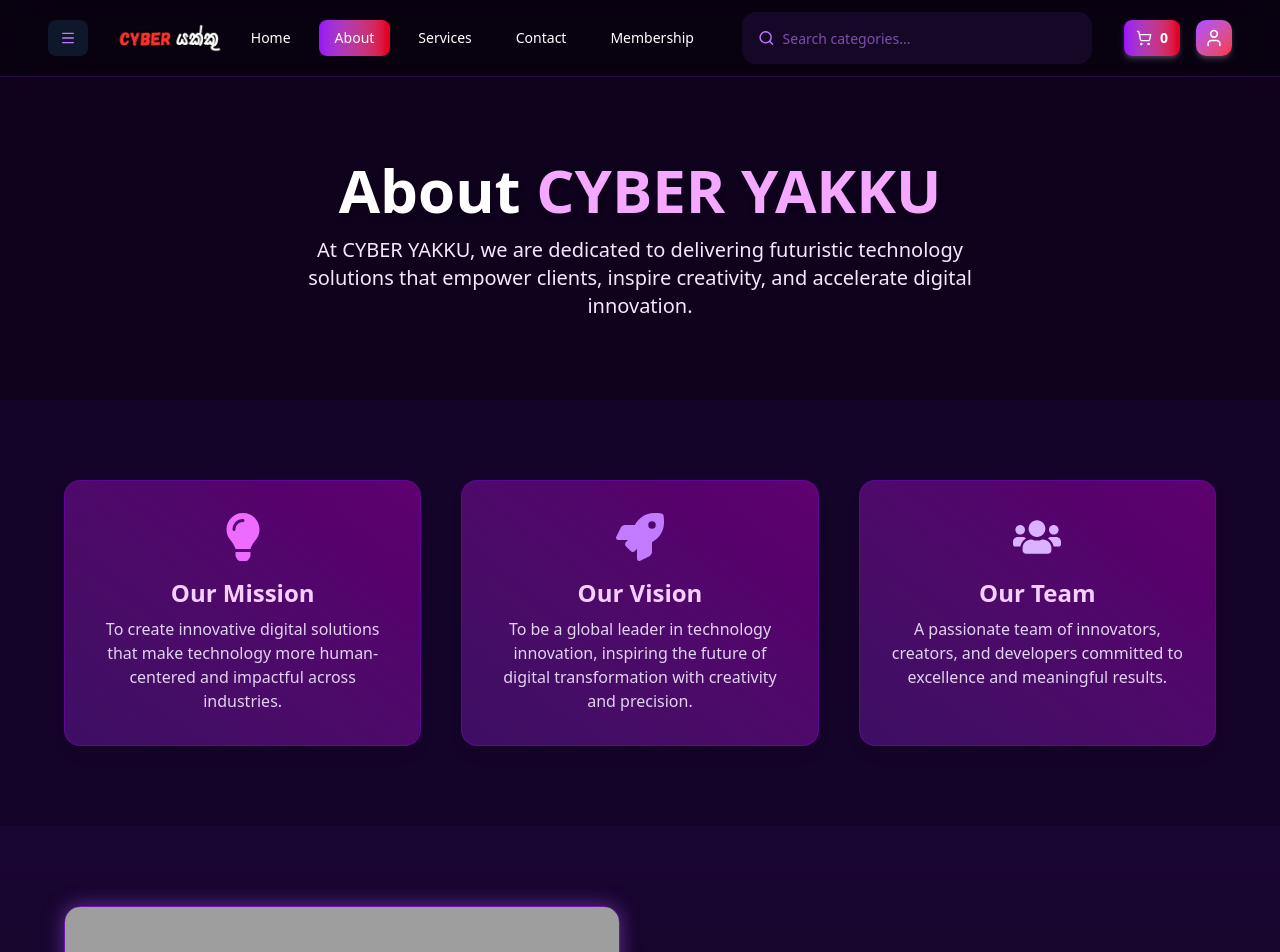
Repository: chamodya-hirusha/mta_sa_cyber_yakku_web
Page: /about
These files come from the project's save history. The page is drawn as it stood at one moment and after a run of saves; the edit follows.
The browser window is 1280 px wide. The pictures show the part of the page from y = 0 to 952 px (the page is 2119 px tall).
Pictures or frames that could not be fetched are drawn as grey boxes. The project was rebuilt for these pictures with package versions that can differ from the ones it lists, and the page was loaded fresh each time. The framework's server and built-in components were replaced by stand-ins that run in the browser. Also part of the build but not shown: next.config.mjs, components/user/UserProfileSection.jsx, components/navigation/NavigationLinks.jsx, components/ui/dialog.jsx, components/LoginPopup.jsx. Imported but missing from the stored project, and not drawn on this page: components/AdditionalMenu, components/SideNavHeader.

Above is the page before, as saved 2025-10-19 13:30:12.

### components/SideNav.jsx
"use client";

import { useState, useEffect } from "react";
import { usePathname } from "next/navigation";
import Link from "next/link";
import { Sheet, SheetContent, SheetTitle } from "@/components/ui/sheet";
import SideNavHeader from "./SideNavHeader";
import UserProfileSection from "./UserProfileSection";
import NavigationLinks from "./NavigationLinks";
import AdditionalMenu from "./AdditionalMenu";
import LoginPopup from "./LoginPopup";

const links = [
  {
    name: "Home",
     path: "/",
     icon: "🛍️"
    },
  {
    name: "skins",
    path: "/skins",
    icon: "👕"
  },
  {
    name: "vehicles",
    path: "/vehicles",
    icon: "🏎️"
  },
  {
    name: "currency",
    path: "/currency",
    icon: "💵"
  },
];

const headerLinks = [
  {
    name: "home",
    path: "/"
  },
  {
    name: "about",
    path: "/about"
  },
  {
    name: "services",
    path: "/services"
  },
  {
    name: "contact",
    path: "/contact"
  },
  {
    name: "membership",
    path: "/membership"
  }
];

export default function SideNav({ isLoggedIn, setIsLoggedIn, sidenavOpen, setShowSidenav, activeTab, setActiveTab }) {
  const pathname = usePathname();
  const [loginPopupOpen, setLoginPopupOpen] = useState(false);
  const [user, setUser] = useState(null);
  const [headerDropdownOpen, setHeaderDropdownOpen] = useState(false);

  useEffect(() => {
    if (!sidenavOpen) {
      setLoginPopupOpen(false);
    }
  }, [sidenavOpen]);

  const handleSheetOpenChange = (nextOpen) => {
    if (!nextOpen && loginPopupOpen) {

      return;
    }
    setShowSidenav(nextOpen);
  };

  return (
    <Sheet open={sidenavOpen} onOpenChange={handleSheetOpenChange}>
      <SheetContent
        side="left"
        className="w-[200px] sm:w-[320px] bg-slate-900/80 backdrop-blur-xl border-r border-purple-500/20 p-0"
      >
        <SheetTitle className="sr-only"></SheetTitle>
        <SideNavHeader />
        <UserProfileSection isLoggedIn={isLoggedIn} user={user} />
        <NavigationLinks
          items={links}
          activeTab={activeTab}
          setActiveTab={setActiveTab}
          setShowSidenav={setShowSidenav}
        />
        <div className="px-6 py-2">
          <button
            onClick={() => setHeaderDropdownOpen(!headerDropdownOpen)}
            className="flex items-center gap-3 px-4 py-3 rounded-lg transition-all duration-300 w-full text-left text-purple-300 hover:bg-purple-900/40"
          >
            <span className="text-lg">📄</span>
            <span className="capitalize text-lg font-medium ml-2">Header Nav</span>
            <span className="ml-auto">{headerDropdownOpen ? '▼' : '▶'}</span>
          </button>
          {headerDropdownOpen && (
            <div className="ml-6 mt-2 space-y-1">
              {headerLinks.map((link, index) => {
                const isActive = link.path === pathname;
                return (
                  <Link
                    key={index}
                    href={link.path}
                    onClick={() => {
                      setShowSidenav(false);
                    }}
                    className={`block px-4 py-2 rounded-lg transition-all duration-300 ${
                      isActive
                        ? "bg-gradient-to-r from-purple-500 to-red-500 text-white"
                        : "text-purple-300 hover:bg-purple-900/40"
                    }`}
                  >
                    {link.name}
                  </Link>
                );
              })}
            </div>
          )}
        </div>
        <AdditionalMenu
          isLoggedIn={isLoggedIn}
          setIsLoggedIn={setIsLoggedIn}
          setLoginPopupOpen={setLoginPopupOpen}
          setUser={setUser}
        />
        <LoginPopup
          isOpen={loginPopupOpen}
          onClose={() => setLoginPopupOpen(false)}
          onLogin={(userData) => {
            setUser(userData);
            setIsLoggedIn(true);
            setLoginPopupOpen(false);
            setShowSidenav(false);
          }}
        />
      </SheetContent>
    </Sheet>
  );
}

### components/ui/sheet.jsx
"use client"

import * as React from "react"
import * as SheetPrimitive from "@radix-ui/react-dialog"
import { XIcon } from "lucide-react"

import { cn } from "@/lib/utils"

function Sheet({
  ...props
}) {
  return <SheetPrimitive.Root data-slot="sheet" {...props} />;
}

function SheetTrigger({
  ...props
}) {
  return <SheetPrimitive.Trigger data-slot="sheet-trigger" {...props} />;
}

function SheetClose({
  ...props
}) {
  return <SheetPrimitive.Close data-slot="sheet-close" {...props} />;
}

function SheetPortal({
  ...props
}) {
  return <SheetPrimitive.Portal data-slot="sheet-portal" {...props} />;
}

function SheetOverlay({
  className,
  ...props
}) {
  return (
    <SheetPrimitive.Overlay
      data-slot="sheet-overlay"
      className={cn(
        "data-[state=open]:animate-in data-[state=closed]:animate-out data-[state=closed]:fade-out-0 data-[state=open]:fade-in-0 fixed inset-0 z-50 bg-black/50",
        className
      )}
      {...props} />
  );
}

function SheetContent({
  className,
  children,
  side = "right",
  ...props
}) {
  return (
    <SheetPortal>
      <SheetOverlay />
      <SheetPrimitive.Content
        data-slot="sheet-content"
        className={cn(
          "bg-background data-[state=open]:animate-in data-[state=closed]:animate-out fixed z-50 flex flex-col gap-4 shadow-lg transition ease-in-out data-[state=closed]:duration-300 data-[state=open]:duration-500",
          side === "right" &&
            "data-[state=closed]:slide-out-to-right data-[state=open]:slide-in-from-right inset-y-0 right-0 h-full w-3/4 border-l sm:max-w-sm",
          side === "left" &&
            "data-[state=closed]:slide-out-to-left data-[state=open]:slide-in-from-left inset-y-0 left-0 h-full w-3/4 border-r sm:max-w-sm",
          side === "top" &&
            "data-[state=closed]:slide-out-to-top data-[state=open]:slide-in-from-top inset-x-0 top-0 h-auto border-b",
          side === "bottom" &&
            "data-[state=closed]:slide-out-to-bottom data-[state=open]:slide-in-from-bottom inset-x-0 bottom-0 h-auto border-t",
          className
        )}
        {...props}>
        {children}
        <SheetPrimitive.Close
          className="ring-offset-background focus:ring-ring data-[state=open]:bg-secondary absolute top-4 right-4 rounded-xs opacity-70 transition-opacity hover:opacity-100 focus:ring-2 focus:ring-offset-2 focus:outline-hidden disabled:pointer-events-none">
          <XIcon className="size-4" />
          <span className="sr-only">Close</span>
        </SheetPrimitive.Close>
      </SheetPrimitive.Content>
    </SheetPortal>
  );
}

function SheetHeader({
  className,
  ...props
}) {
  return (
    <div
      data-slot="sheet-header"
      className={cn("flex flex-col gap-1.5 p-4", className)}
      {...props} />
  );
}

function SheetFooter({
  className,
  ...props
}) {
  return (
    <div
      data-slot="sheet-footer"
      className={cn("mt-auto flex flex-col gap-2 p-4", className)}
      {...props} />
  );
}

function SheetTitle({
  className,
  ...props
}) {
  return (
    <SheetPrimitive.Title
      data-slot="sheet-title"
      className={cn("text-foreground font-semibold", className)}
      {...props} />
  );
}

function SheetDescription({
  className,
  ...props
}) {
  return (
    <SheetPrimitive.Description
      data-slot="sheet-description"
      className={cn("text-muted-foreground text-sm", className)}
      {...props} />
  );
}

export {
  Sheet,
  SheetTrigger,
  SheetClose,
  SheetContent,
  SheetHeader,
  SheetFooter,
  SheetTitle,
  SheetDescription,
}

### components/ui/button.jsx
import * as React from "react"
import { Slot } from "@radix-ui/react-slot"
import { cva } from "class-variance-authority";

import { cn } from "@/lib/utils"

const buttonVariants = cva(
  "inline-flex items-center justify-center gap-2 whitespace-nowrap rounded-md text-sm font-medium transition-all disabled:pointer-events-none disabled:opacity-50 [&_svg]:pointer-events-none [&_svg:not([class*='size-'])]:size-4 shrink-0 [&_svg]:shrink-0 outline-none focus-visible:border-ring focus-visible:ring-ring/50 focus-visible:ring-[3px] aria-invalid:ring-destructive/20 dark:aria-invalid:ring-destructive/40 aria-invalid:border-destructive",
  {
    variants: {
      variant: {
        default: "bg-primary text-primary-foreground hover:bg-primary/90",
        destructive:
          "bg-destructive text-white hover:bg-destructive/90 focus-visible:ring-destructive/20 dark:focus-visible:ring-destructive/40 dark:bg-destructive/60",
        outline:
          "border bg-background shadow-xs hover:bg-accent hover:text-accent-foreground dark:bg-input/30 dark:border-input dark:hover:bg-input/50",
        secondary:
          "bg-secondary text-secondary-foreground hover:bg-secondary/80",
        ghost:
          "hover:bg-accent hover:text-accent-foreground dark:hover:bg-accent/50",
        link: "text-primary underline-offset-4 hover:underline",
      },
      size: {
        default: "h-9 px-4 py-2 has-[>svg]:px-3",
        sm: "h-8 rounded-md gap-1.5 px-3 has-[>svg]:px-2.5",
        lg: "h-10 rounded-md px-6 has-[>svg]:px-4",
        icon: "size-9",
        "icon-sm": "size-8",
        "icon-lg": "size-10",
      },
    },
    defaultVariants: {
      variant: "default",
      size: "default",
    },
  }
)

function Button({
  className,
  variant,
  size,
  asChild = false,
  children,
  ...props
}) {
  const Comp = asChild ? Slot : "button"
return (
  <Comp
    data-slot="button"
    className={cn(buttonVariants({ variant, size, className }))}
    {...props}>
    {children}
  </Comp>
);
}

export { Button, buttonVariants }

### components/HeaderNav.jsx
"use client"
import Link from "next/link";
import { usePathname } from "next/navigation";
import { Button } from "./ui/button";

const links = [
    {
        name: "home",
        path: "/"
    },
    {
        name: "about",
        path: "/about"
    },
    {
        name: "services",
        path: "/services"
    },
    {
        name: "contact",
        path: "/contact"
    },
    {
        name: "membership",
        path: "/membership"
    }
];

const Nav = () => {
    const pathname = usePathname();
    console.log(pathname);

    return (
        <nav className="flex gap-3">
            {links.map((link, index) => {
                const isActive = link.path === pathname;
                const isHomeActive = isActive && link.path === "/";

                return (
                    <Button
                        key={index}
                        asChild
                        variant={isActive ? "default" : "ghost"}
                        className={
                            isHomeActive
                                ? "bg-gradient-to-r from-purple-400 md:hidden to-amber-600 text-black hover:from-amber-500 hover:to-amber-700"
                                : isActive
                                ? "bg-gradient-to-r from-purple-600 to-red-600 text-white"
                                : "text-white hover:text-purple300 hover:bg-purple-900/30"
                        }
                        aria-current={isActive ? "page" : undefined}
                    >
                        <Link href={link.path} className="capitalize">
                            {link.name}
                        </Link>
                    </Button>
                );
            })}
        </nav>
    );
};

export default Nav;

### components/common/SearchBar.jsx
"use client";

import * as React from "react";
import { Input } from "@/components/ui/input";
import { Search } from "lucide-react";
import { cn } from "@/lib/utils"; // shadcn cn utility (classNames merge)
export default function SearchBar({
  value = "",
  onChange,
  placeholder = "Search categories...",
  width = "350px",
  className,
  ...props
}) {
  const rootStyle =
    typeof width === "string" && width.startsWith("w-")
      ? width
      : undefined;

  return (
    <div
      className={cn(
        "flex items-center gap-2 rounded-xl px-4 py-2 shadow-inner transition-all duration-300 focus-within:shadow-[0_0_12px_rgba(168,85,247,0.5)]",
        "bg-muted/70 text-muted-foreground",
        "bg-[#1a0b2e]/80",
        "shadow-purple-700/30",
        rootStyle,
        className
      )}
      style={
        !rootStyle
          ?
            { width: typeof width === "number" ? `${width}px` : width }
          : undefined
      }
    >
      <Search className="text-purple-400" size={18} />
      <Input
        type="text"
        placeholder={placeholder}
        className="bg-transparent border-0 text-white placeholder:text-purple-400/60 focus:ring-0 focus-visible:ring-0 w-full p-0"
        value={value}
        onChange={onChange}
        {...props}
      />
    </div>
  );
}

### components/ui/input.jsx
import * as React from "react"
import { cn } from "@/lib/utils"

function Input({ className, type, value, onChange, ...props }) {
  return (
    <input
      type={type}
      onChange={onChange}
      data-slot="input"
      className={cn(
        "file:text-foreground placeholder:text-muted-foreground selection:bg-primary selection:text-primary-foreground dark:bg-input/30 border-input h-9 w-full min-w-0 rounded-md border bg-transparent px-3 py-1 text-base shadow-xs transition-[color,box-shadow] outline-none file:inline-flex file:h-7 file:border-0 file:bg-transparent file:text-sm file:font-medium disabled:pointer-events-none disabled:cursor-not-allowed disabled:opacity-50 md:text-sm",
        "focus-visible:border-ring focus-visible:ring-ring/50 focus-visible:ring-[3px]",
        "aria-invalid:ring-destructive/20 dark:aria-invalid:ring-destructive/40 aria-invalid:border-destructive",
        className
      )}
      {...props}
    />
  );
}

export { Input }

Loaded but not shown: app/layout.jsx (common file); lib/utils.js (library); app/globals.css (265 lines, source omitted); app/about/page.jsx (168 lines, source omitted); components/HeaderBar.jsx (171 lines, source omitted)

After the next 3 saves:
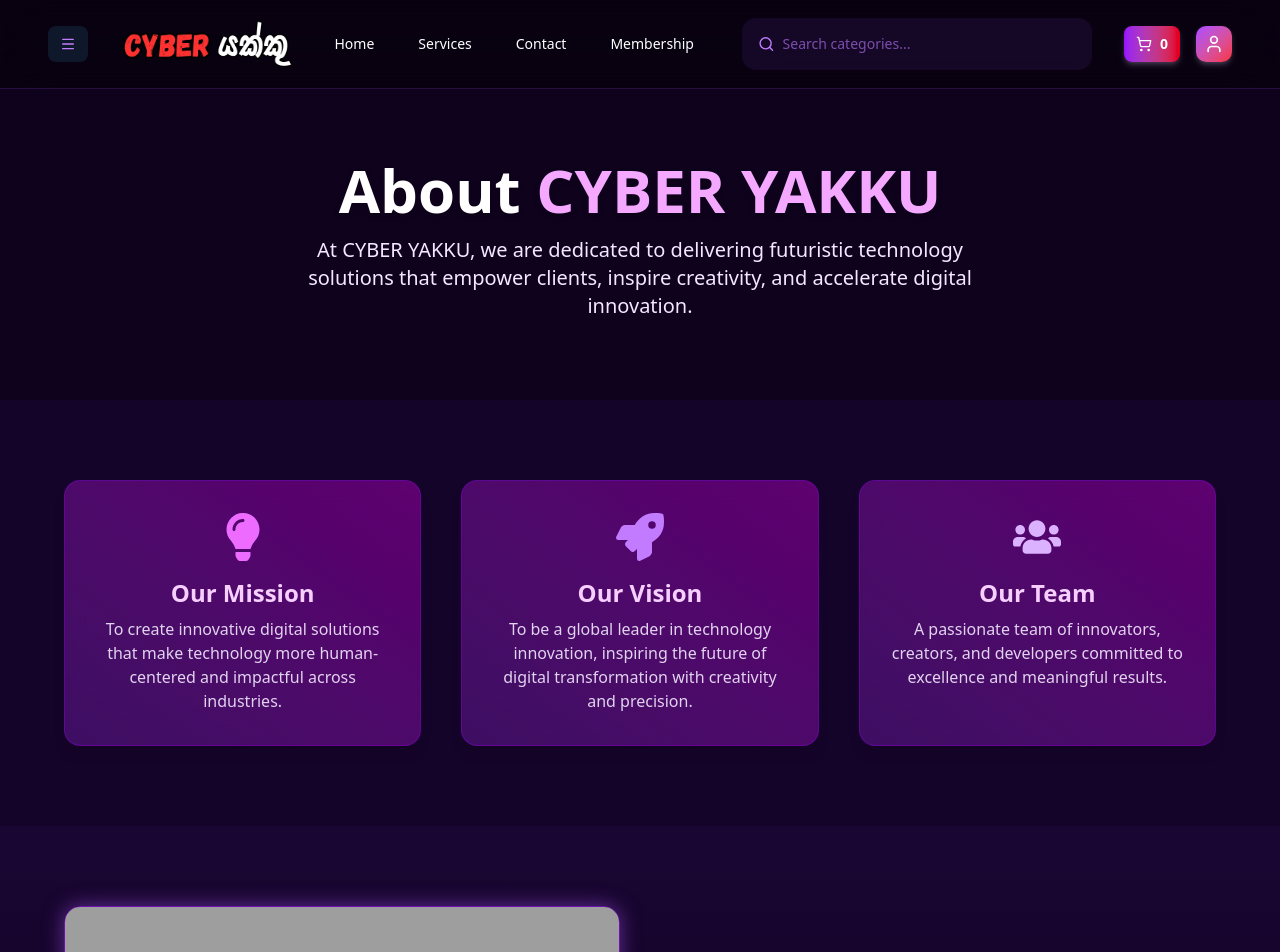
The 3 saves are shown as one change because they came seconds apart.
The last was saved 38 s later.
--- a/components/HeaderNav.jsx
+++ b/components/HeaderNav.jsx
@@ -43,9 +43,9 @@
                         variant={isActive ? "default" : "ghost"}
                         className={
                             isHomeActive
-                                ? "bg-gradient-to-r from-purple-400 md:hidden to-amber-600 text-black hover:from-amber-500 hover:to-amber-700"
+                                ? "bg-gradient-to-r from-purple-400  to-amber-600 text-black hover:from-amber-500 hover:to-amber-700"
                                 : isActive
-                                ? "bg-gradient-to-r from-purple-600 to-red-600 text-white"
+                                ? "bg-gradient-to-r from-purple-600 md:hidden to-red-600 text-white"
                                 : "text-white hover:text-purple300 hover:bg-purple-900/30"
                         }
                         aria-current={isActive ? "page" : undefined}

After the 2 saves that followed:
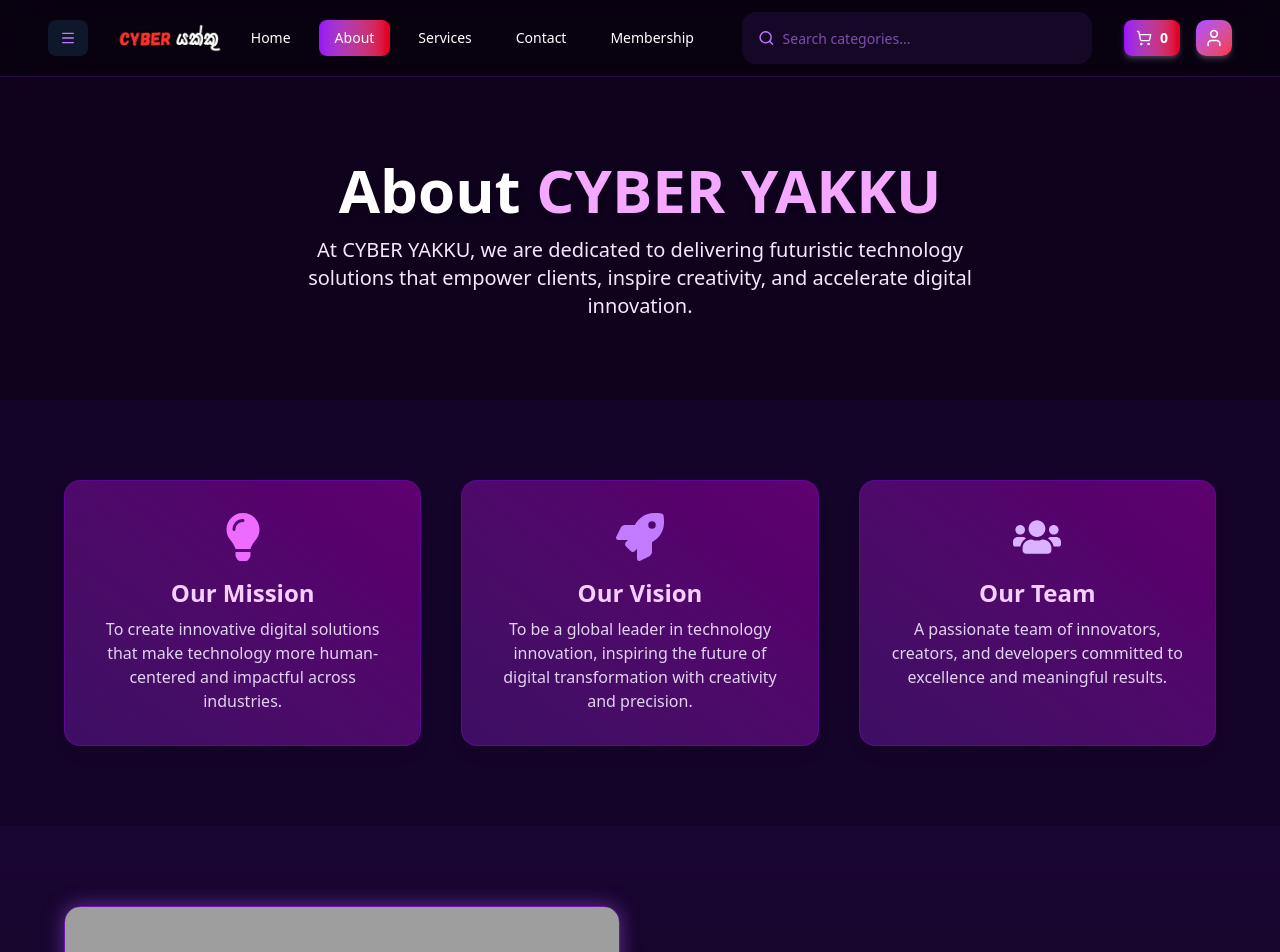
The 2 saves are shown as one change because they came seconds apart.
The last was saved 66 s later.
--- a/components/HeaderNav.jsx
+++ b/components/HeaderNav.jsx
@@ -45,7 +45,7 @@
                             isHomeActive
                                 ? "bg-gradient-to-r from-purple-400  to-amber-600 text-black hover:from-amber-500 hover:to-amber-700"
                                 : isActive
-                                ? "bg-gradient-to-r from-purple-600 md:hidden to-red-600 text-white"
+                                ? "bg-gradient-to-r from-purple-600 to-red-600 text-white"
                                 : "text-white hover:text-purple300 hover:bg-purple-900/30"
                         }
                         aria-current={isActive ? "page" : undefined}
